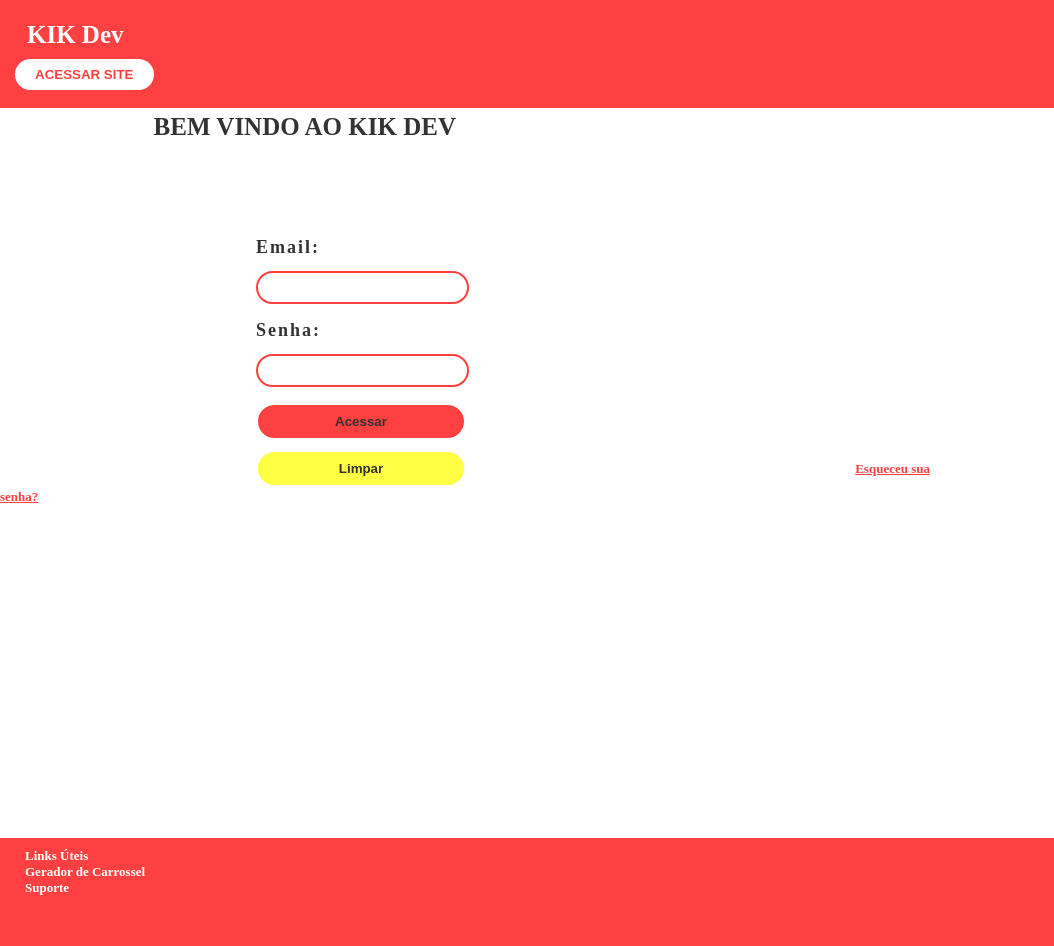
Repository: devgabrielvieira/kikdev
Page: index.html
These files come from the project's save history. The page is drawn as it stood at one moment and after a run of saves; the edit follows.
The browser window is 1024 px wide. The page is 1054 px wide, so the pictures cover 1054 px, including what lies to the right of the window. The pictures show the whole page.

Above is the page before, as saved 2022-10-30 20:15:55.

### index.html
<!DOCTYPE html>
<html lang="pt-br">

<head>
    <meta charset="UTF-8">
    <meta http-equiv="X-UA-Compatible" content="IE=edge">
    <meta name="viewport" content="width=device-width, initial-scale=1.0">
    <link rel="shortcut icon" href="imagens/favicon.ico" type="image/x-icon">
    <link rel="stylesheet" href="style.css">
    <link rel="stylesheet" href="style-mobile.css">
    <script src="script_processo.js"></script>
    <title>KIK Dev</title>

</head>

<body id="pag_processos" onload="dimensaoTela()">

    <div class="header-index">
        <a href="#Default" class="logo">KIK Dev</a>

        <button type="submit" name="name" class="button-right"><strong>ACESSAR SITE</strong></a></button>

    </div>
    <div class="conteudo">
        <!--abrimos a div conteúdo-->

        <h3>BEM VINDO AO KIK DEV</h3>

        <div class="login">
            <label for="username">Email:</label>
            <input type="text" id="username" name="username">
            <label for="pass">Senha:</label>
            <input type="password" id="pass" name="password" minlength="8" required>
            <input class="btn-acessar" type="submit" value="Acessar">
            <input class="btn-limpar" type="reset" value="Limpar">
        </div>
        <a href="recuperar-senha.html" target="_self" rel="next" class="href">Esqueceu sua senha?</a>
    </div>
    <!--aqui fechamos a div conteudo-->

    <footer class="footer">
        <strong>
            <p>Links Úteis</p>
        </strong>
        <strong>
            <p>Gerador de Carrossel</p>
        </strong>
        <strong>
            <p>Suporte</p>
        </strong>
    </footer>

</body>

</html>

### style.css
@charset "UTF-8";

* {
  margin: 0;
  padding: 0;
}

html {
  margin: 0;
  padding: 0;
}

.header {
  overflow: hidden;
  background-color: #ff4040;
  padding: 20px 10px;
}

.header a {
  float: left;
  color: #fff;
  text-align: center;
  padding: 12px;
  text-decoration: none;
  font-size: 18px;
  line-height: 25px;
  border-radius: 4px;
}

.header a.logo {
  font-size: 25px;
  font-weight: bold;
}

.header a:hover {
  background-color: #ddd;
  color: #333333;
}

.header a.active {
  background-color: #d8d7d7;
  color: #fff;
}

.header-right {
  float: right;
}

.button-right {
  float: right;
  padding: 8px 20px;
  border: #d8d7d7;
  border-radius: 50px;
  color: #ff4040;
  background-color: #fff;
}

.header-index {
  overflow: hidden;
  background-color: #ff4040;
  padding: 5px 10px;
}

.header-index a {
  float: left;
  color: #fff;
  text-align: center;
  padding: 12px;
  text-decoration: none;
  font-size: 18px;
  line-height: 25px;
  border-radius: 4px;
}

.header-index a.logo {
  font-size: 25px;
  font-weight: bold;
}

.header-index a:hover {
  background-color: #ddd;
  color: #333333;
}

.header-index a.active {
  background-color: #d8d7d7;
  color: #fff;
}

.conteudo {
  width: 100%;
  height: 450px;
  overflow: hidden;
  background-color: #fff;
}

/* .conteudo img {
    width: 100%;
    background-color: #fff;
    margin: 2px 0 0 0;
    padding: 0;
    position: relative;
    height: 15.5rem;
} */

.footer {
  width: auto;
  background-color: #ff4040;
  padding: 20px 10px;
  position: relative;
  height: 2.5rem;
  bottom: -50px;
}

p {
  font-size: 13px;
  margin: 0 0 0 10px;
  float: none;
  overflow: hidden;
  color: #fff;
}

label {
  margin: 10px 50px 0 500px;
  display: block;
  letter-spacing: 2px;
  font-size: 18px;
  color: #333333;
  margin-bottom: 3px;
  font-weight: bold;
}

input[type="submit"],
label {
  margin: 10px 50px 0 500px;
  margin-top: 1rem;
  color: #333333;
}

input {
  margin: 10px 50px 0 500px;
  caret-color: #222;
  color: #333333;
  border: 2px solid #ff4040;
  border-radius: 36px;
  padding: 7px 15px;
  text-align: center;
  font-weight: bold;
}

input:hover {
  border: 2px solid #a0a0a0;
}

.login {
  margin: 80px 0 0 0;
  width: -100%;
}

.btn-acessar {
  margin: 10px 50px 0 500px;
  background: #ff4040;
  border: 2px solid #fff;
  padding: 9px 15px;
  width: 210px;
  max-width: 100%;
}

.btn-limpar {
  margin: 10px 50px 0 500px;
  background: #ff4;
  border: 2px solid #fff;
  padding: 9px 15px;
  width: 210px;
  max-width: 100%;
}

.href {
  margin: 10px 50px 0 500px;
  padding: 19px 50px;
  font-size: 13px;
  font-weight: bold;
  color: #ff4040;
  text-align: center;
  max-width: 100%;
}

h3 {
  font-size: 25px;
  width: 100%;
  display: inline-block;
  margin: 5px 5px 0 450px;
  color: #333333;
}

### style-mobile.css
@charset "UTF-8";

@media screen and (max-width: 1200px) {
  * {
    margin: 0;
    padding: 0;
  }

  html {
    margin: 0;
    padding: 0;
  }

  .header-index {
    overflow: hidden;
    background-color: #ff4040;
    padding: 10px 15px;
    height: 5.5rem;
    width: 100%;
  }

  .header a {
    float: none;
    display: block;
    text-align: left;
  }

  .header-index a {
    float: none;
    display: block;
    text-align: left;
  }

  .header-right {
    float: none;
  }

  .button-right {
    float: none;
  }

  .footer {
    float: none;
    bottom: -280px;
    overflow: hidden;
    padding: 10px 15px;
    height: 5.5rem;
    width: 100%;

  }

  /* .conteudo img {
        float: none;
        display: block;
        position: absolute;
        width: 100%;
        background-color: #fff;
        margin: 2px 0 0 0;
        height: 10rem;
    } */

  .login {
    width: 50%;
    display: inline-block;
  }

  label {
    margin-left: 50%;
    margin-bottom: 3px;
    display: block;
    letter-spacing: 2px;
    font-size: 18px;
    color: #333333;
    font-weight: bold;
  }

  input[type="submit"],
  label {
    margin-left: 50%;
    margin-top: 1rem;
    color: #333333;
  }

  input {
    margin-left: 50%;
    caret-color: #222;
    color: #333333;
    border: 2px solid #ff4040;
    border-radius: 36px;
    padding: 7px 15px;
    text-align: center;
    font-weight: bold;
  }

  input:hover {
    border: 2px solid #a0a0a0;
  }

  .href {
    margin-left: 30%;
    font-size: 13px;
    font-weight: bold;
    color: #ff4040;
    text-align: center;
    width: 100%;
    padding: 2rem;
  }

  .btn-acessar {
    margin-left: 50%;
    margin-right: 50%;
    background: #ff4040;
    border: 2px solid #fff;
    padding: 9px 15px;
    width: 210px;
    max-width: 100%;
  }

  .btn-limpar {
    margin-left: 50%;
    margin-right: 50%;
    background: #ff4;
    border: 2px solid #fff;
    padding: 9px 15px;
    width: 210px;
    max-width: 100%;
  }

  h3 {
    /* font-size: 25px;
    width: 100%;
    display: inline-block;
    /* margin-bottom: 0.5rem; */
    margin-left: 15%;
    color: #333333; */
  }
}

### script_processo.js
function dimensaoTela(){
    var heightTela = window.innerHeight;
    var widthTela = window.innerWidth;

    document.getElementById('pag_processos').style.minHeight = heightTela+'px';
}

After the next 2 saves:
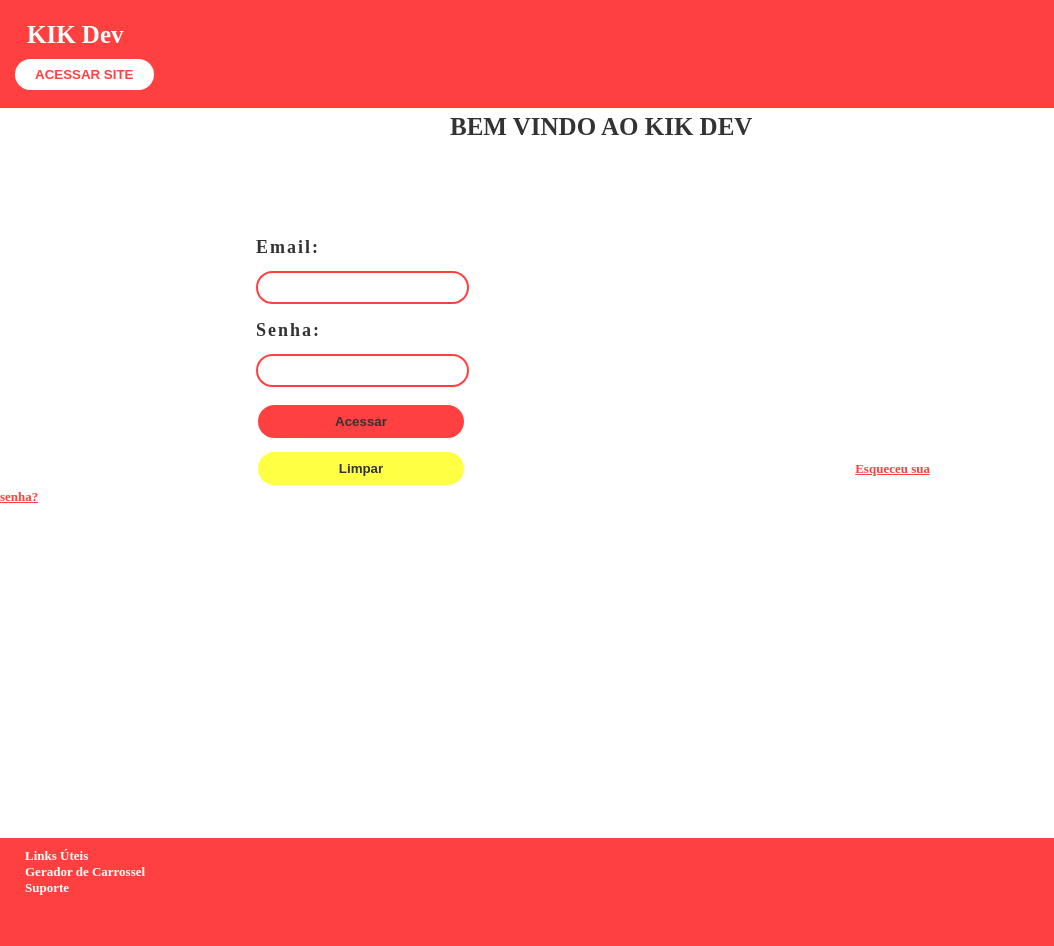
The 2 saves are shown as one change because they came seconds apart.
The last was saved 8 s later.
--- a/style-mobile.css
+++ b/style-mobile.css
@@ -133,5 +133,11 @@
     /* margin-bottom: 0.5rem; */
     margin-left: 15%;
     color: #333333; */
+
+    font-size: 25px;
+    width: 100%;
+    display: inline-block;
+    margin: 5px 5px 0 450px;
+    color: #333333;
   }
 }
